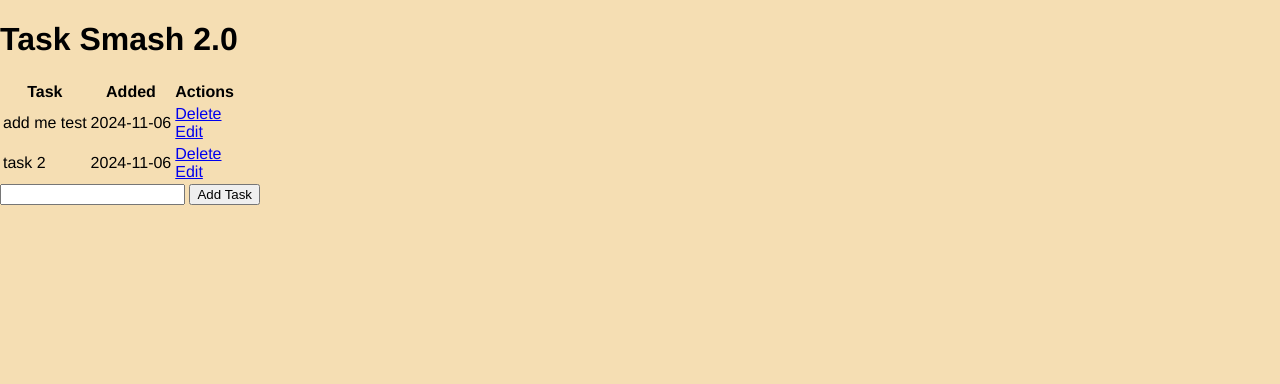
Repository: froztty/Flask-APP-CRUD
Page: http://localhost/
The author's editor kept a copy of each file at every save. The page is drawn from the files as they stood at one save, then again after the next save.
The browser window is 1280 px wide. The pictures show the whole page.
The page is served by the project's application, run on Flask 3 (app.py). The page reads the database file committed with the project.

Above is the page before, as saved 2024-11-05 21:23:26.

After the next save:
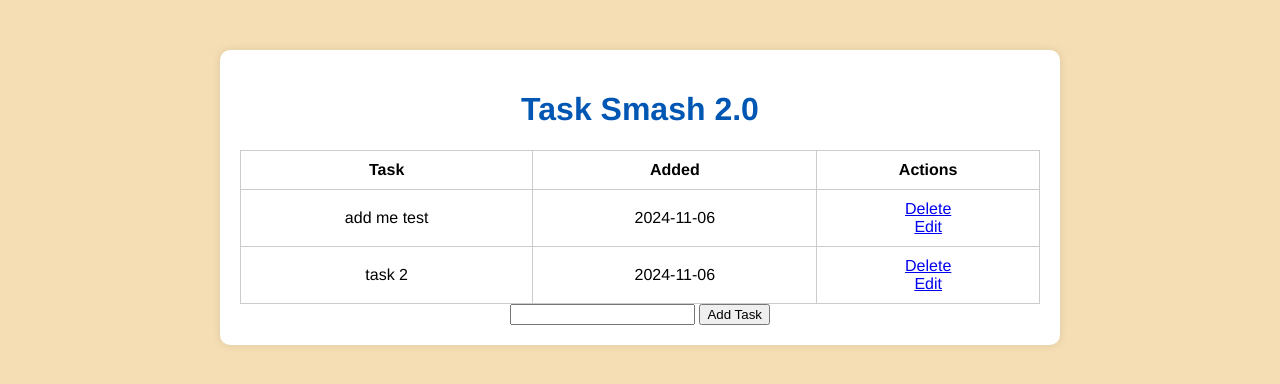
Saved 2 min 44 s later.
--- a/static/styles.css
+++ b/static/styles.css
@@ -3,4 +3,33 @@ body {
   margin: 0;
   padding: 0;
   background-color: wheat;
-}/*# sourceMappingURL=styles_20241105212326.css.map */
+}
+
+.content {
+  max-width: 800px;
+  margin: 50px auto;
+  padding: 20px;
+  background-color: #fff;
+  border-radius: 10px;
+  box-shadow: 0 0 10px rgba(0, 0, 0, 0.1);
+  text-align: center;
+}
+.content h1 {
+  color: #0056b3;
+}
+.content h4 {
+  color: #666;
+}
+.content table {
+  width: 100%;
+  margin-top: 20px;
+  border-collapse: collapse;
+}
+.content table th, .content table td {
+  padding: 10px;
+  border: 1px solid #ccc;
+}
+.content table th th, .content table td th {
+  background-color: #f0f0f0;
+  color: #333;
+}/*# sourceMappingURL=styles_20241105212610.css.map */
